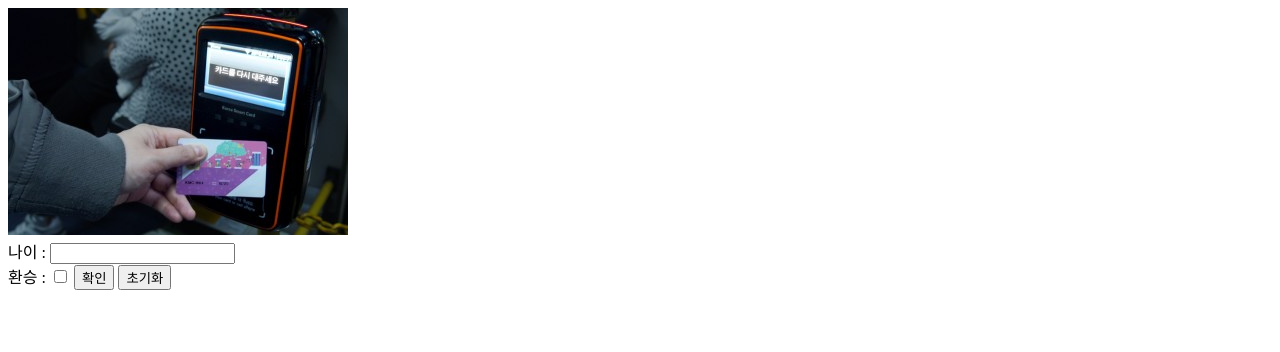
Repository: jjjjjjji-hun/jsp_practice
Page: http://localhost/JSPBasic/jspObject/4.objecttest/bus_form.jsp
These files come from the project's save history. The page is drawn as it stood at one moment and after the next save; the edit follows.
The browser window is 1280 px wide. The pictures show the whole page.
The page is served by Tomcat 9.

Above is the page before, as saved 2022-02-07 05:47:37.

After the next save:
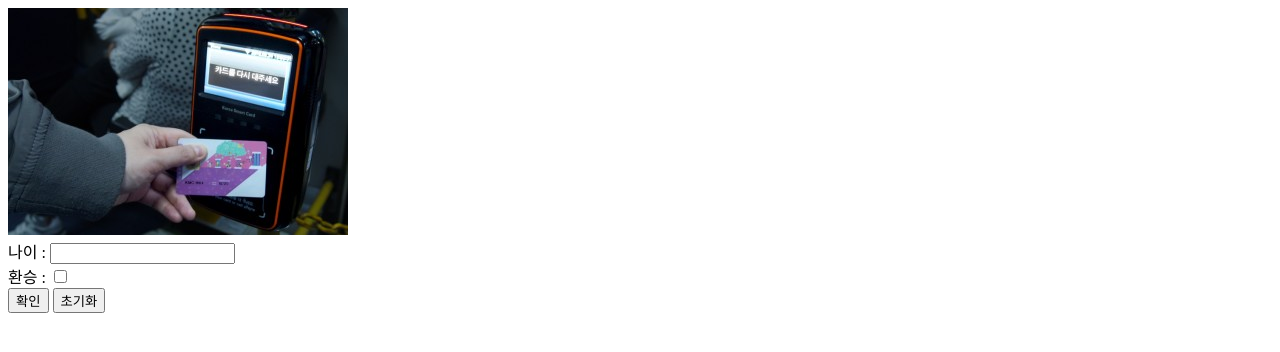
Saved 9 s later.
--- a/JSPBasic/src/main/webapp/jspObject/4.objecttest/bus_form.jsp
+++ b/JSPBasic/src/main/webapp/jspObject/4.objecttest/bus_form.jsp
@@ -10,7 +10,7 @@
 	<img src="buscard.jpg"/>
 	<form action="bus_check.jsp" method="get">
 	나이 : <input type="number" name="age" /><br/>
-	환승 : <input type="checkbox" name="transfer"/>
+	환승 : <input type="checkbox" name="transfer"/><br/>
 	<input type="submit" value="확인"/>
 	<input type="reset" value="초기화"/>
 	</form>
